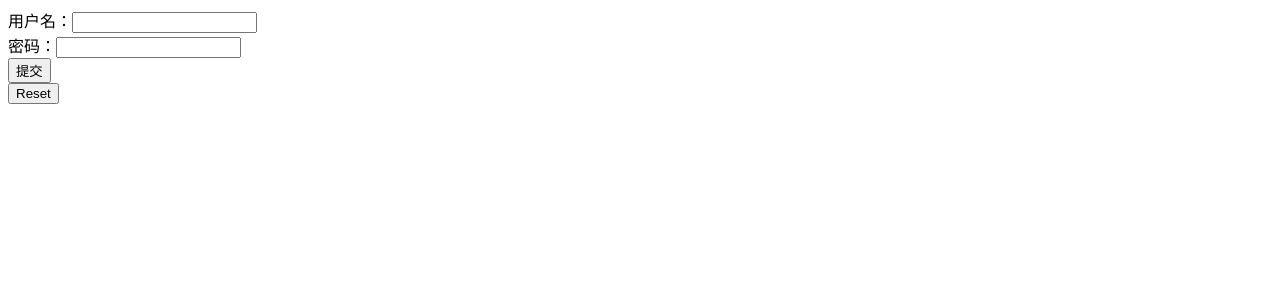
Repository: Research11/materials
Page: http://localhost/SSHDemo/
These files come from the project's save history. The page is drawn as it stood at one moment and after the next save; the edit follows.
The browser window is 1280 px wide. The pictures show the whole page.
The page is served by Tomcat 9.

Above is the page before, as saved 2016-05-23 08:46:27.

After the next save:
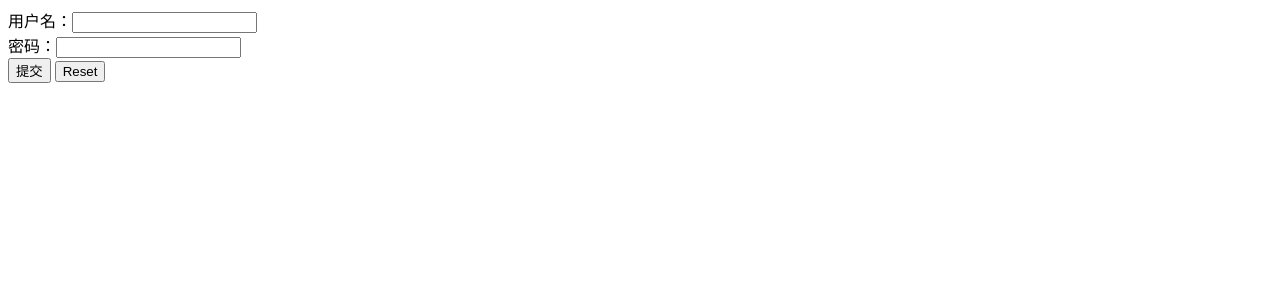
Saved 6 min 15 s later.
--- a/practice/SSHDemo/WebContent/login.jsp
+++ b/practice/SSHDemo/WebContent/login.jsp
@@ -10,7 +10,7 @@
 <form action="login" method="post">
 	用户名：<input type="text" name="uname"/><br/>
 	密码：<input type="password" name="password"/><br/>
-	<input type="submit" value="提交"/><br/>
+	<input type="submit" value="提交"/>
 	<input type="reset"/>
 </form>
 </body>
